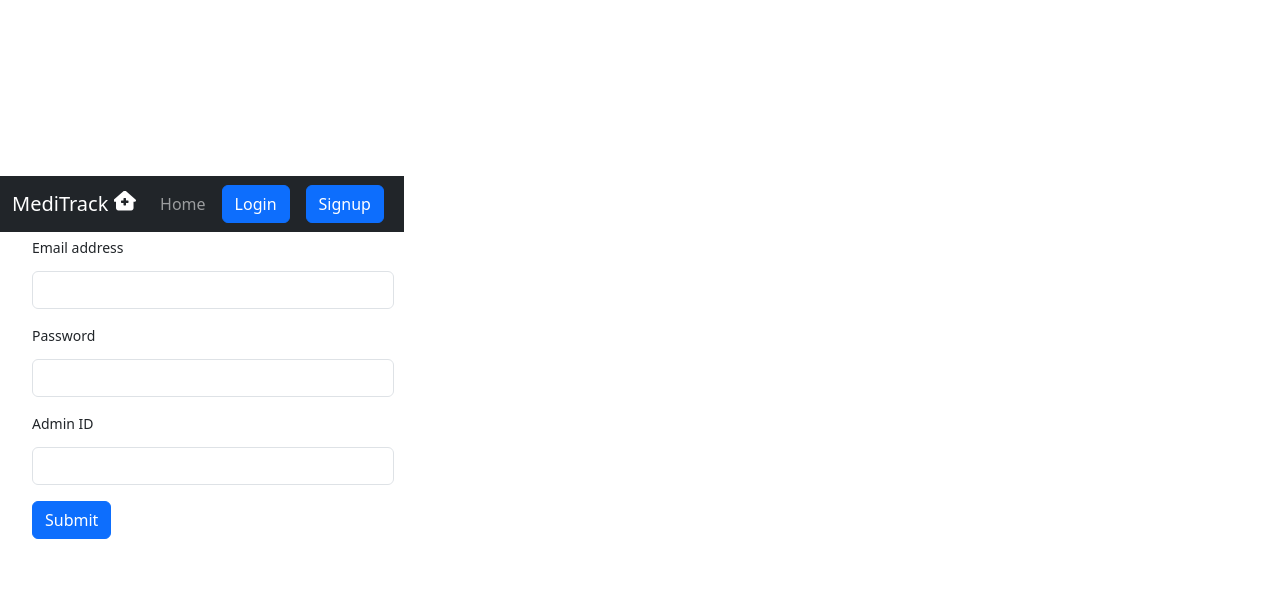
Repository: rahul-chakradhari/PillWise
Page: /admin (app in frontend/)
An editor plug-in stored every save of this project. The page is shown before and after the next save, followed by the edit.
The browser window is 1280 px wide. The pictures show the whole page.
The project was rebuilt for these pictures with package versions that can differ from the ones it lists, and the page was loaded fresh each time. Also part of the build but not shown: frontend/vite.config.js, frontend/src/components/Home.jsx, frontend/src/components/History.jsx, frontend/src/components/Remainder.jsx, frontend/src/components/Doctors.jsx, frontend/src/components/Healthy.jsx, frontend/src/components/Prescription.jsx, frontend/src/utils/axiosInstant.js and 2 more.

Above is the page before, as saved 2025-03-10 16:12:01.

### frontend/index.html
<!DOCTYPE html>
<html lang="en">
  <head>
    <meta charset="UTF-8" />
    <link rel="icon" type="image/svg+xml" href="/icon.webp" />
    <meta name="viewport" content="width=device-width, initial-scale=1.0" />
    <link
      href="https://cdn.jsdelivr.net/npm/bootstrap@5.3.3/dist/css/bootstrap.min.css"
      rel="stylesheet"
      integrity="sha384-QWTKZyjpPEjISv5WaRU9OFeRpok6YctnYmDr5pNlyT2bRjXh0JMhjY6hW+ALEwIH"
      crossorigin="anonymous"
    />
    <link
      rel="stylesheet"
      href="https://cdnjs.cloudflare.com/ajax/libs/font-awesome/6.5.1/css/all.min.css"
    />

    <title>MediTrack-Smart-Medicine-Reminder-Tracker</title>
  </head>
  <body>
    <div id="root"></div>
    <script type="module" src="/src/main.jsx"></script>
    <script
      src="https://cdn.jsdelivr.net/npm/bootstrap@5.3.3/dist/js/bootstrap.bundle.min.js"
      integrity="sha384-YvpcrYf0tY3lHB60NNkmXc5s9fDVZLESaAA55NDzOxhy9GkcIdslK1eN7N6jIeHz"
      crossorigin="anonymous"
    ></script>
  </body>
</html>

### frontend/src/App.jsx
import React from "react";
import { Routes, Route, Navigate } from "react-router-dom";
import Navbar from "./components/Navbar";
import Home from "./components/Home";
import History from "./components/History";
import Remainder from "./components/Remainder";
import Doctors from "./components/Doctors";
import Healthy from "./components/Healthy";
import Prescription from "./components/Prescription";
import Login from "./components/Login";
import Signup from "./components/Signup";
import { ToastContainer } from "react-toastify";
import Admin from "./components/Admin";

const PrivateRoute = ({ children }) => {
  return localStorage.getItem("auth-token") ? (
    children
  ) : (
    <Navigate to="/login" />
  );
};

function App() {
  return (
    <div className="app">
      <Navbar />
      <Routes>
        <Route path="/" element={<Home />} />
        <Route path="/login" element={<Login />} />
        <Route path="/signup" element={<Signup />} />
        <Route path="/admin" element={<Admin />} />

        {/* Protected Routes */}
        <Route
          path="/history"
          element={
            <PrivateRoute>
              <History />
            </PrivateRoute>
          }
        />
        <Route
          path="/remainder"
          element={
            <PrivateRoute>
              <Remainder />
            </PrivateRoute>
          }
        />
        <Route
          path="/doctors"
          element={
            <PrivateRoute>
              <Doctors />
            </PrivateRoute>
          }
        />
        <Route
          path="/healthy"
          element={
            <PrivateRoute>
              <Healthy />
            </PrivateRoute>
          }
        />
        <Route
          path="/prescription"
          element={
            <PrivateRoute>
              <Prescription />
            </PrivateRoute>
          }
        />
      </Routes>
      <ToastContainer />
    </div>
  );
}

export default App;

### frontend/src/components/Navbar.jsx
import React, { useEffect, useState } from "react";
import { Link, useNavigate } from "react-router-dom";

const Navbar = () => {
  const navigate = useNavigate();
  const [isLoggedIn, setIsLoggedIn] = useState(
    !!localStorage.getItem("auth-token")
  );

  // Jab bhi auth-token change ho, UI update ho
  useEffect(() => {
    const handleStorageChange = () => {
      setIsLoggedIn(!!localStorage.getItem("auth-token"));
    };

    window.addEventListener("storage", handleStorageChange);
    return () => window.removeEventListener("storage", handleStorageChange);
  }, []);

  // Logout Function
  const handleLogout = () => {
    localStorage.removeItem("auth-token");
    setIsLoggedIn(false);
    navigate("/login");
  };

  return (
    <nav className="navbar navbar-expand-lg navbar-dark bg-dark">
      <div className="container-fluid">
        <Link className="navbar-brand" to="/">
          MediTrack <i className="fa-solid fa-house-medical"></i>
        </Link>
        <button
          className="navbar-toggler"
          type="button"
          data-bs-toggle="collapse"
          data-bs-target="#navbarSupportedContent"
        >
          <span className="navbar-toggler-icon"></span>
        </button>
        <div className="collapse navbar-collapse" id="navbarSupportedContent">
          <ul className="navbar-nav me-auto mb-2 mb-lg-0">
            <li className="nav-item">
              <Link className="nav-link" to="/">
                Home
              </Link>
            </li>

            {/* Protected Routes */}
            {isLoggedIn && (
              <>
                <li className="nav-item">
                  <Link className="nav-link" to="/doctors">
                    Doctors
                  </Link>
                </li>
                <li className="nav-item">
                  <Link className="nav-link" to="/remainder">
                    Remainder
                  </Link>
                </li>
                <li className="nav-item">
                  <Link className="nav-link" to="/history">
                    History & Analytics
                  </Link>
                </li>
                <li className="nav-item">
                  <Link className="nav-link" to="/healthy">
                    Healthy Lifestyle
                  </Link>
                </li>
                <li className="nav-item">
                  <Link className="nav-link" to="/prescription">
                    Prescription
                  </Link>
                </li>
              </>
            )}
          </ul>

          {/* Login / Logout Buttons */}
          {!isLoggedIn ? (
            <>
              <Link className="btn btn-primary mx-2" to="/login">
                Login
              </Link>
              <Link className="btn btn-primary mx-2" to="/signup">
                Signup
              </Link>
            </>
          ) : (
            <button className="btn btn-danger mx-2" onClick={handleLogout}>
              Logout
            </button>
          )}
        </div>
      </div>
    </nav>
  );
};

export default Navbar;

### frontend/src/components/Admin.jsx
import React from "react";

const Admin = () => {
  return (
    <div className="admin">
      <form>
        <div class="mb-3">
          <label for="exampleInputEmail1" class="form-label">
            Email address
          </label>
          <input
            type="email"
            class="form-control"
            id="exampleInputEmail1"
            aria-describedby="emailHelp"
          />
        </div>
        <div class="mb-3">
          <label for="exampleInputPassword1" class="form-label">
            Password
          </label>
          <input
            type="password"
            class="form-control"
            id="exampleInputPassword1"
          />
        </div>
        <div class="mb-3">
          <label for="exampleInputPassword1" class="form-label">
            Admin ID
          </label>
          <input
            type="password"
            class="form-control"
            id="exampleInputPassword1"
          />
        </div>

        <button type="submit" class="btn btn-primary">
          Submit
        </button>
      </form>
    </div>
  );
};

export default Admin;

### frontend/src/components/styles.css
* {
  margin: 0;
  padding: 0;
  box-sizing: border-box;
  overflow-x: hidden; /* Horizontal scroll remove */
}

/* Jo bhi element overflow karega, uski scrollbar hide ho jayegi */
::-webkit-scrollbar {
  display: none; /* Chrome, Safari */
}
body,
html {
  width: 100%;
  height: 100%;
}
body {
  overflow-y: scroll; /* Scroll allow karega */
  scrollbar-width: none; /* Firefox ke liye */
  -ms-overflow-style: none; /* IE aur Edge ke liye */
}

body::-webkit-scrollbar {
  display: none; /* Chrome, Safari ke liye */
}

.container {
  display: flex;
  align-items: center;
  justify-content: space-between;
  padding: 20px;
  width: 100vw;
  height: 100vh;
  overflow-y: scroll;
  scrollbar-width: none; /* Firefox ke liye */
  -ms-overflow-style: none;
}
.container::-webkit-scrollbar {
  display: none;
}

/* CSS */
.button-64 {
  align-items: center;
  background-image: linear-gradient(144deg, #af40ff, #5b42f3 50%, #00ddeb);
  border: 0;
  border-radius: 8px;
  box-shadow: rgba(151, 65, 252, 0.2) 0 15px 30px -5px;
  box-sizing: border-box;
  color: #ffffff;
  display: flex;
  font-family: Phantomsans, sans-serif;
  font-size: 20px;
  justify-content: center;
  line-height: 1em;
  max-width: 100%;
  min-width: 140px;
  padding: 3px;
  text-decoration: none;
  user-select: none;
  -webkit-user-select: none;
  touch-action: manipulation;
  white-space: nowrap;
  cursor: pointer;
}

.button-64:active,
.button-64:hover {
  outline: 0;
}

.button-64 span {
  background-color: rgb(5, 6, 45);
  padding: 16px 24px;
  border-radius: 6px;
  width: 100%;
  height: 100%;
  transition: 300ms;
}

.button-64:hover span {
  background: none;
}

@media (min-width: 768px) {
  .button-64 {
    font-size: 24px;
    min-width: 196px;
  }
}

.button-92 {
  --c: #fff;

  background: linear-gradient(90deg, #0000 33%, #fff5, #0000 67%)
      var(--_p, 100%) / 300% no-repeat,
    #004dff;

  color: #0000;
  border: none;
  transform: perspective(500px) rotateY(calc(20deg * var(--_i, -1)));
  text-shadow: calc(var(--_i, -1) * 0.08em) -0.01em 0 var(--c),
    calc(var(--_i, -1) * -0.08em) 0.01em 2px #0004;
  outline-offset: 0.1em;
  transition: 0.3s;
}

.button-92:hover,
.button-92:focus-visible {
  --_p: 0%;
  --_i: 1;
}

.button-92:active {
  text-shadow: none;
  color: var(--c);
  box-shadow: inset 0 0 9e9Q #0005;
  transition: 0s;
}

.button-92 {
  max-width: 270px;
  min-width: 160px;
  font-weight: bold;
  font-size: -2rem;
  margin: 0;
  cursor: pointer;
  padding: 0.1em 0.3em;
}
.title {
  margin-left: 182px;
  font-family: "Poppins", sans-serif;
  font-weight: bold;
  margin-bottom: 75px;
}
.subtexts {
  font-family: Cambria, Cochin, Georgia, Times, "Times New Roman", serif;
}
.texts {
  font-size: 18px;
  gap: 12px;
  margin-top: 19px;
}
.image {
  flex: 1;
  display: flex;
  width: 399.99px;
  height: 640.01px;
  justify-content: flex-end;
  max-width: 50%;
  overflow: hidden;
  max-width: 100%; /* Image container ko responsive banane ke liye */
  max-height: 100vh;
}

.text {
  flex: 1; /* Text ka section */
  text-align: left; /* Ensure left alignment */
  font-size: 24px;
  font-weight: bold;
}

.animation-style {
  width: 700px; /* Adjust as needed */
  height: 700px; /* Maximum width of animation */
  flex: 1;
  margin-bottom: 122px;
}
/* Doctors Section */
.doctors-container {
  background-color: rgb(59 130 246);
  display: flex;
  justify-content: center;
  align-items: center;
  height: 100vh;
  padding: 20px;
}

.doctors-content {
  display: flex;
  flex-direction: row; /* Left-Right Layout */
  max-width: 1200px;
  width: 100%;
  background: white;
  border-radius: 20px;
  overflow: hidden;
  box-shadow: 0px 4px 10px rgba(0, 0, 0, 0.2);
}

.doctors-image {
  flex: 1;
  display: flex;
  justify-content: center;
  align-items: center;
  padding: 20px;
}

.doctors-text {
  display: flex;
  flex-direction: column;
  flex: 1;
  padding: 40px;
  text-align: left;
  margin-top: 190px;
  margin-left: 54px;
}

.doctors-text .title {
  font-size: 32px;
  font-weight: bold;
  color: #333;
  margin-bottom: 20px;
}

.doctors-text .texts {
  font-size: 18px;
  color: #555;
}

.doctors-text .subtexts {
  font-size: 16px;
  color: #666;
  margin-left: 10px;
}

/* Rewards Section - 3 Cards in 1 Row */
.rewards-container {
  text-align: center;
  padding: 40px;
}

.rewards-grid {
  display: grid;
  grid-template-columns: repeat(3, 1fr); /* 3 cards per row */
  gap: 20px;
  justify-content: center;
  padding: 20px;
}

.card {
  margin-top: 12px !important;
  width: 100%;
  max-width: 300px;
  background: white;
  border-radius: 10px;
  box-shadow: 0px 4px 10px rgba(0, 0, 0, 0.1);
  padding: 15px;
  text-align: center;
}

.card img {
  width: 100%;
  height: auto;
  border-radius: 10px;
}

.title {
  font-size: 32px;
  font-weight: bold;
  color: #333;
  margin-bottom: 20px;
  margin-left: 12px;
}

.texts {
  font-size: 18px;
  color: #555;
}

.subtexts {
  font-size: 16px;
  color: #666;
  margin-left: 10px;
}
.doctors-text .texts {
  font-size: 18px;
  color: #555; /* Text ka color */
}

.doctors-text .subtexts {
  font-size: 16px;
  color: #666; /* Subtext ka color */
  margin-left: 10px;
}
.speci {
  margin-top: 12px;
  margin-left: 582px;
}
.stylish {
  display: flex;
  margin-left: 112px;
  gap: 92px;
  margin-top: 12px;
}
.login,
.signup {
  margin-left: 22px;
  margin-top: 12px;
}
.admin {
  padding: 5px 10px;
  font-size: 14px;
}
.admin {
  margin-left: 22px;
}

Loaded but not shown: frontend/src/main.jsx (common file); frontend/src/index.css (common file)

After the next save:
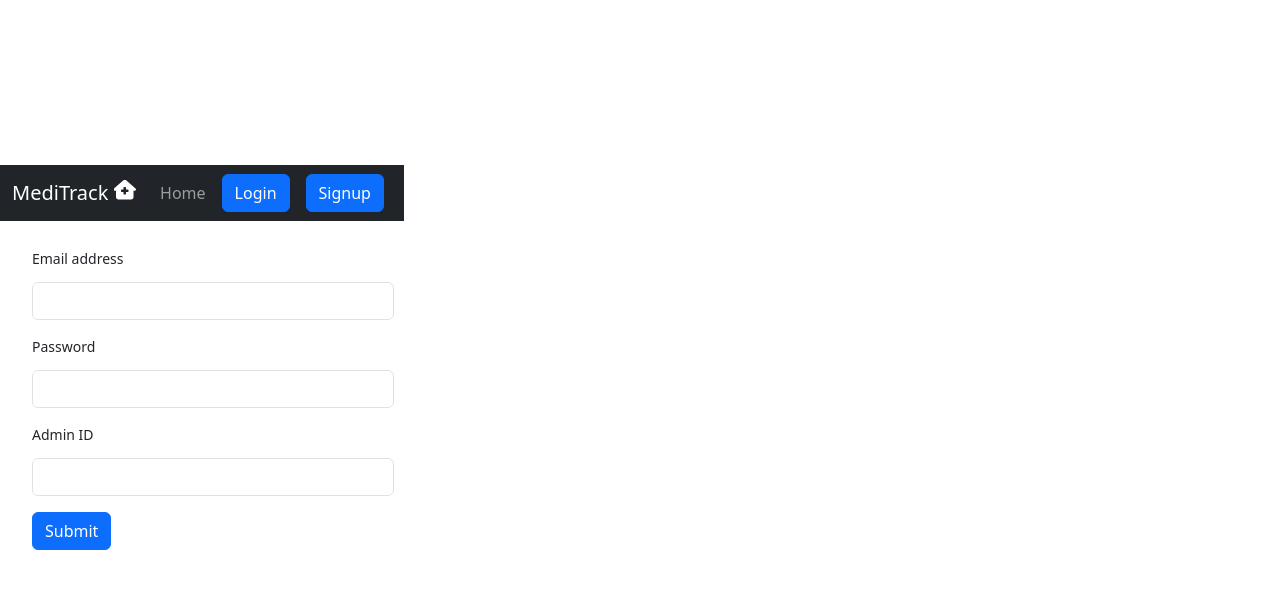
Saved 12 s later.
--- a/frontend/src/components/styles.css
+++ b/frontend/src/components/styles.css
@@ -302,5 +302,6 @@ body::-webkit-scrollbar {
   font-size: 14px;
 }
 .admin {
+  margin-top: 22px;
   margin-left: 22px;
 }
